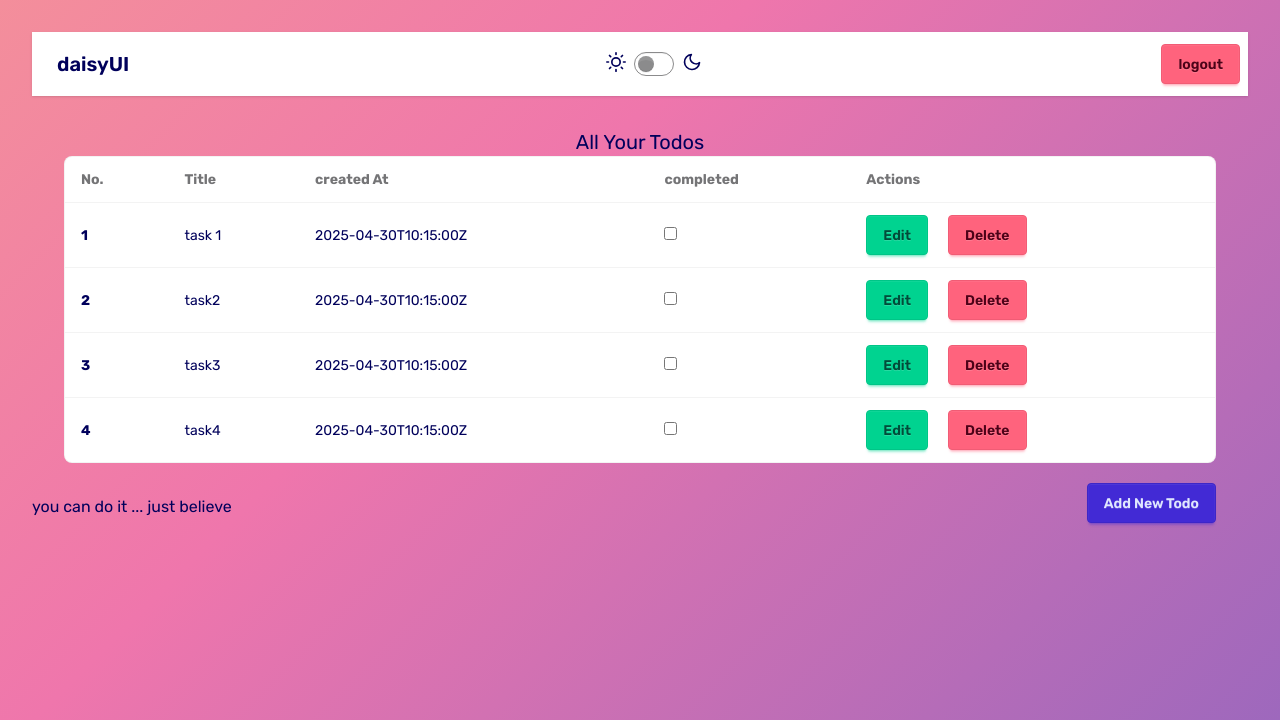
Repository: mariamnabil23/ToDo_App
Page: /
The author's editor kept a copy of each file at every save. The page is drawn from the files as they stood at one save, then again after the next save.
The browser window is 1280 px wide. The pictures show the whole page.
Some web fonts or font styles are not loaded; a fallback is used. The project was rebuilt for these pictures with package versions that can differ from the ones it lists, and the page was loaded fresh each time. Requests to the local data server were answered from the project's data file. Also part of the build but not shown: vite.config.js, src/pages/Profile.jsx, src/pages/NotFound.jsx.

Above is the page before, as saved 2025-05-01 23:53:52.

### index.html
<!doctype html>
<html lang="en">
  <head>
    <meta charset="UTF-8" />
    <link rel="icon" type="image/svg+xml" href="/vite.svg" />
    <meta name="viewport" content="width=device-width, initial-scale=1.0" />

    <link rel="preconnect" href="https://fonts.googleapis.com">
<link rel="preconnect" href="https://fonts.gstatic.com" crossorigin>
<link href="https://fonts.googleapis.com/css2?family=Cairo:wght@200..1000&family=Indie+Flower&family=Poetsen+One&family=Rubik:ital,wght@0,300..900;1,300..900&family=Tagesschrift&family=Tajawal:wght@200;300;400;500;700;800;900&display=swap" rel="stylesheet">

    <title>ToDo App</title>
  </head>
  <body>
    <div id="root"></div>
    <script type="module" src="/src/main.jsx"></script>
  </body>
</html>

### src/main.jsx
import { StrictMode } from 'react'
import { createRoot } from 'react-dom/client'
import "./index.css"
import App from './App.jsx'
import { AuthContextProvider } from './context/AuthContext.jsx'
import { TodoContextProvider } from './context/TodoContext.jsx'
import { ThemeContextProvider } from './context/ThemeContext.jsx'

createRoot(document.getElementById('root')).render(
  <StrictMode>
    <AuthContextProvider>
      <TodoContextProvider>
        <ThemeContextProvider>
          <App />
        </ThemeContextProvider>
      </TodoContextProvider>
    </AuthContextProvider>
  </StrictMode>,
)

### src/index.css
@import "tailwindcss";
@plugin "daisyui";

body{
    min-height: 100vh;
    font-family: "Rubik", sans-serif;
    font-optical-sizing: auto;
    font-style: normal;
}


.app{
    min-height: 100vh;

    display: flex;
  flex-direction: column;
}

.lightMood {
  background: linear-gradient(-45deg, #4158D0, #ef76ac, #FFCC70, #00DBDE);
  background-size: 400% 400%;
  animation: gradientMove 10s ease infinite;
}

@keyframes gradientMove {
  0% {
    background-position: 0% 50%;
  }
  50% {
    background-position: 100% 50%;
  }
  100% {
    background-position: 0% 50%;
  }
}

.darkMood{
    background-color: rgb(1, 1, 62);
    color: bisque;

}

table, .navbar, .modal{
    color:  rgb(0, 0, 91);
}

### src/App.jsx
import { useContext } from "react"
import { ThemeContext } from "./context/ThemeContext"
import "./App.css"
import { BrowserRouter, Routes, Route } from 'react-router-dom';

import Layout from "./layout/Layout";
import Home from "./pages/Home"
import Profile from "./pages/Profile"
import NotFound from "./pages/NotFound"


function App() {

  const {dark} = useContext(ThemeContext);

  return (
    <>
      <div className={dark ? "app  darkMood" : "app  lightMood"}  >

      <BrowserRouter>
        <Routes>
          <Route path="/"  element={ <Layout/> } >

          <Route index={true}  element={ <Home/> } />
          <Route path="profile"  element={ <Profile/> } />
          <Route path="*" element={<NotFound />} />

          </Route>

        </Routes>
      </BrowserRouter>

      </div>
    </>
  )
}

export default App

### src/context/AuthContext.jsx
import axios from "axios";
import { createContext, useEffect, useState } from "react";
import emailjs from 'emailjs-com';
import toast from "react-hot-toast";


// 1- create context
export const AuthContext = createContext();

// 2- create provider function that contain all data we will send (value)
export const AuthContextProvider = ({ children }) => {
    const [allUsers, setAllUsers] = useState([]);
    const [currentUser, setCurrentUser] = useState(() => {
        const savedUser = sessionStorage.getItem("currentUser");
        return savedUser ? JSON.parse(savedUser) : null;
    });

    const urlAPI = "http://localhost:3000/users";
    // fetch all users from API
    const fetchUsers = () => {
        axios
            .get(urlAPI)
            .then((res) => setAllUsers(res.data))
            .catch((err) => console.log("Error fetching users ❌", err));
    };

    useEffect(() => {
        fetchUsers();

    }, []);

    // login
    const handleLogin = (userInfo) => {
        setCurrentUser(userInfo);
    };


    // register
    const handleRegister = (newUser) => {
        axios.post(urlAPI, newUser)
        .then((data)=>console.log(data.data))
        .catch((error)=(confirm.log("Failed to add new users in the app ❌")))
    };

    // logout
    const handleLogout = () => {
        setCurrentUser(null);
        sessionStorage.removeItem("currentUser");
    };




        const sendCompletedTodos = (userEmail, username, completedTodos) => {
      const completedList = completedTodos.map(todo => `• ${todo.title}`).join('\n');

      const templateParams = {
        to_email: userEmail,
        username: username,
        completedTodos: completedList
      };

      emailjs.send('service_qwtjd51', 'template_w157uec', templateParams, '08YRxWyjDgOt_r7sV')
        .then((res) => {
          toast.success('Email sent successfully! 📧');
          console.log(templateParams)
        })
        .catch((err) => {
          toast.error('Failed to send email ❌');
          console.error(err);
        });
    };






    // 3- wrapper everything to the context provider
    return (
        <AuthContext.Provider value={ { allUsers, currentUser, handleLogin, handleRegister, handleLogout, sendCompletedTodos } }>

            {children}

        </AuthContext.Provider>
    );
};

### src/context/TodoContext.jsx
import axios from "axios";
import { createContext, useEffect, useState } from "react";

export const TodoContext =  createContext();



export const TodoContextProvider =( {children} )=>{

    const [todos, setTodos] = useState([]);

    // fetch todos data
    useEffect(()=>{
        axios.get("http://localhost:3000/todos")
        .then((res)=>{
            console.log(res.data);
            setTodos(res.data);
        })
        .catch((error)=>(console.log("Error from Fetching Todos! ❌", error)))
    },[])


    // add todo
    const addTodo =(newTodo)=>{

    }

    // delete todo
    const deleteTodo =(id)=>{
        setTodos(  todos.filter( (todo) => (todo.id !== id) )  )
    }

    // edit todo state
    const editTodoState =()=>{

    }

    // clear all todos
    const clearAllTodos =()=>{
        setTodos( null )
    }


    return <TodoContext.Provider  value={{todos}} >
        {children}
    </TodoContext.Provider>
}

### src/context/ThemeContext.jsx
import { createContext, useState } from "react";

export const ThemeContext =  createContext();

export const ThemeContextProvider =( {children} )=>{

    const [dark, setDark] = useState(() => {
        const saved = sessionStorage.getItem("darkTheme");
        return saved === "true";         // output ===> false
    });

    const switchTheme = () => {
    setDark((prev) => {
        const newValue = !prev;         // newValue = true ===> dark
        sessionStorage.setItem("darkTheme", newValue);
        return newValue;
    });
    };

    return <ThemeContext.Provider  value={{dark, switchTheme}} >
        {children}
    </ThemeContext.Provider>
}

### src/App.css
.app {
    min-height: 100vh;
    padding: 2rem;
    transition: all 0.3s ease;
}

.lightMood{
    background-color: bisque;
    color: rgb(0, 0, 91);
}
.darkMood{
    background-color: rgb(0, 0, 91);
    color: bisque;
}

### src/layout/Layout.jsx
import React from 'react'
import Navbar from "../components/Navbar"
import Footer from "../components/Footer"

import { Outlet } from 'react-router-dom';


const Layout = () => {
    return (
        <div>
            <Navbar/>

            <main style={{ padding: '2rem' }}>
                <Outlet />
            </main>

            <Footer/>
        </div>
    )
}

export default Layout

### src/pages/Home.jsx
import React, { useContext } from 'react'
import { TodoContext } from '../context/TodoContext'




const Home = () => {

  const {todos} = useContext(TodoContext);

  return (
    <>
    <h1 className='text-center text-xl' >All Your Todos</h1>
    <div className="overflow-x-auto rounded-box border border-base-content/5 bg-base-100">
      <table className="table">
        {/* head */}
        <thead>
          <tr>
            <th>No.</th>
            <th>Title</th>
            <th>created At</th>
            <th>completed</th>
            <th>Actions</th>
          </tr>
        </thead>
        <tbody>
          {
            todos.map((todo)=>(
              <tr  key={todo.id}>
                <th>{todo.id}</th>
                <td>{todo.title}</td>
                <td>{todo.createdAt}</td>
                <td> <input type='checkbox' />  </td>
                <td>
                  <button  className='btn btn-success' >Edit</button>
                  <button  className='btn btn-error  ml-5'>Delete</button>
                </td>
              </tr>
            ))
          }

        </tbody>
      </table>
    </div>
    <button  className='btn btn-primary  mt-5 float-right'  onClick={()=>document.getElementById('add_todo_modal').showModal()}>Add New Todo</button>

    <dialog id="add_todo_modal" className="modal">
      <div className="modal-box">
        <h3 className="font-bold text-lg">Add New Todo</h3>
        <div className="modal-action">
          <form method="dialog  flex flex-col">

            <label>Title : </label>
            <input type='text' />

            {/* if there is a button in form, it will close the modal */}
            <div>
              <button className="btn btn-error">Cancel</button>
              <button className="btn btn-primary">Add</button>
            </div>

          </form>
        </div>
      </div>
    </dialog>
    </>
  )
}

export default Home

### src/components/Navbar.jsx
import React from 'react'
import Theme from './Theme'

const Navbar = () => {
  return (
    <>
      <div className="navbar bg-base-100 shadow-sm flex justify-between items-center">
        <a className="btn btn-ghost text-xl">daisyUI</a>

<Theme/>

        <button className='btn btn-error'>logout</button>
      </div>
    </>
  )
}

export default Navbar

### src/components/Footer.jsx
import React from 'react'

const Footer = () => {
    return (
        <div>
            <h1>you can do it ... just believe</h1>
        </div>
    )
}

export default Footer

### src/components/Theme.jsx
import React, { useContext } from 'react'
import { ThemeContext } from '../context/ThemeContext'


const Theme = () => {

    const {dark, switchTheme} = useContext(ThemeContext);


    return (
        <>
        <label className="flex cursor-pointer gap-2">
        <svg
            xmlns="http://www.w3.org/2000/svg"
            width="20"
            height="20"
            viewBox="0 0 24 24"
            fill="none"
            stroke="currentColor"
            strokeWidth="2"
            strokeLinecap="round"
            strokeLinejoin="round">
            <circle cx="12" cy="12" r="5" />
            <path
            d="M12 1v2M12 21v2M4.2 4.2l1.4 1.4M18.4 18.4l1.4 1.4M1 12h2M21 12h2M4.2 19.8l1.4-1.4M18.4 5.6l1.4-1.4" />
        </svg>
        <input type="checkbox" value="synthwave" className="toggle theme-controller"  checked={dark}  onChange={switchTheme} />
        <svg
            xmlns="http://www.w3.org/2000/svg"
            width="20"
            height="20"
            viewBox="0 0 24 24"
            fill="none"
            stroke="currentColor"
            strokeWidth="2"
            strokeLinecap="round"
            strokeLinejoin="round">
            <path d="M21 12.79A9 9 0 1 1 11.21 3 7 7 0 0 0 21 12.79z"></path>
        </svg>
    </label>
        </>
    )
}

export default Theme

### db.json
{
"todos": [
    {
        "id": 1,
        "title": "task 1",
        "completed": false,
        "userId": 1,
        "createdAt": "2025-04-30T10:15:00Z"
    },
    {
        "id": 2,
        "title": "task2",
        "completed": true,
        "userId": 1,
        "createdAt": "2025-04-30T10:15:00Z"
    },
    {
        "id": 3,
        "title": "task3",
        "completed": true,
        "userId": 2,
        "createdAt": "2025-04-30T10:15:00Z"
    },
    {
        "id": 4,
        "title": "task4",
        "completed": false,
        "userId": 2,
        "createdAt": "2025-04-30T10:15:00Z"
    }
],


"users": [
    {
        "id": 1,
        "username": "mona",
        "password": "1234",
        "image": "data:[embedded picture, 5635 characters]"
    },
    {
        "id": 2,
        "username": "ahmed",
        "password": "abcd",
        "image": "data:[embedded picture, 5751 characters]"
    }
]

}

After the next save:
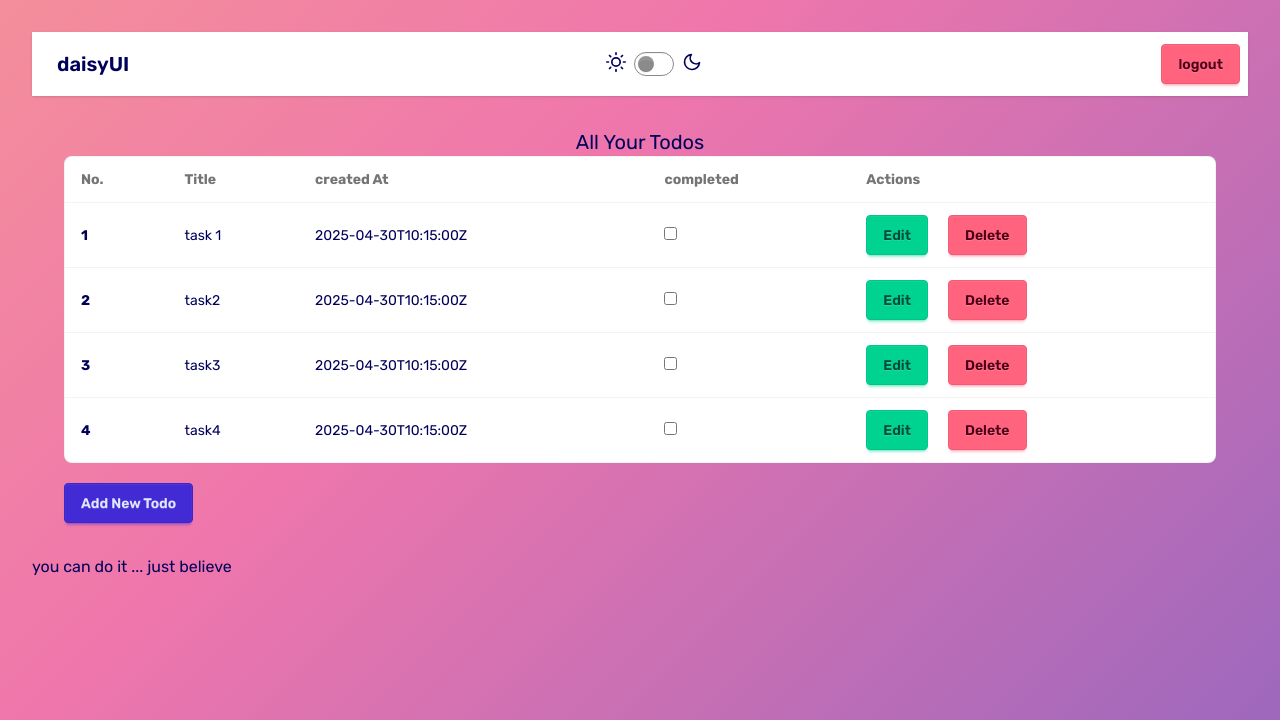
Saved 44 s later.
--- a/src/pages/Home.jsx
+++ b/src/pages/Home.jsx
@@ -42,7 +42,7 @@
         </tbody>
       </table>
     </div>
-    <button  className='btn btn-primary  mt-5 float-right'  onClick={()=>document.getElementById('add_todo_modal').showModal()}>Add New Todo</button>
+    <button  className='btn btn-primary  mt-5 '  onClick={()=>document.getElementById('add_todo_modal').showModal()}>Add New Todo</button>
 
     <dialog id="add_todo_modal" className="modal">
       <div className="modal-box">

After the save that followed:
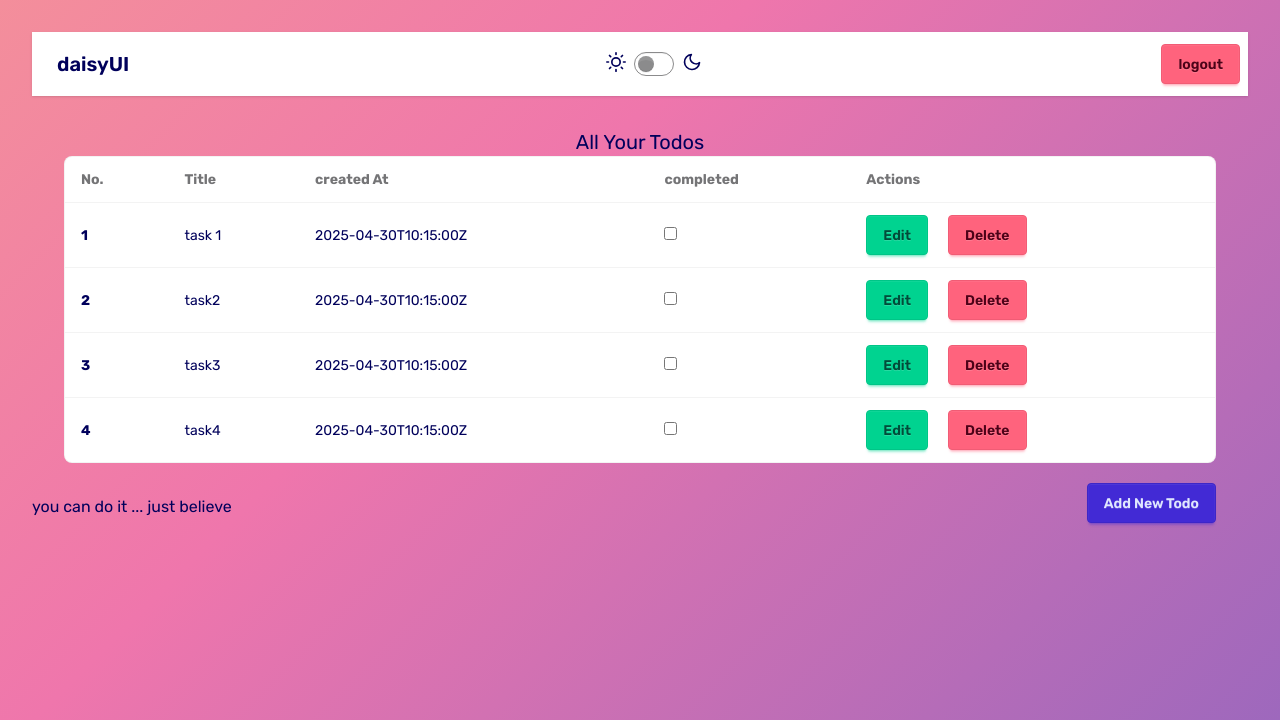
Saved 9 s later.
--- a/src/pages/Home.jsx
+++ b/src/pages/Home.jsx
@@ -42,7 +42,7 @@
         </tbody>
       </table>
     </div>
-    <button  className='btn btn-primary  mt-5 '  onClick={()=>document.getElementById('add_todo_modal').showModal()}>Add New Todo</button>
+    <button  className='btn btn-primary  mt-5 float-right'  onClick={()=>document.getElementById('add_todo_modal').showModal()}>Add New Todo</button>
 
     <dialog id="add_todo_modal" className="modal">
       <div className="modal-box">
